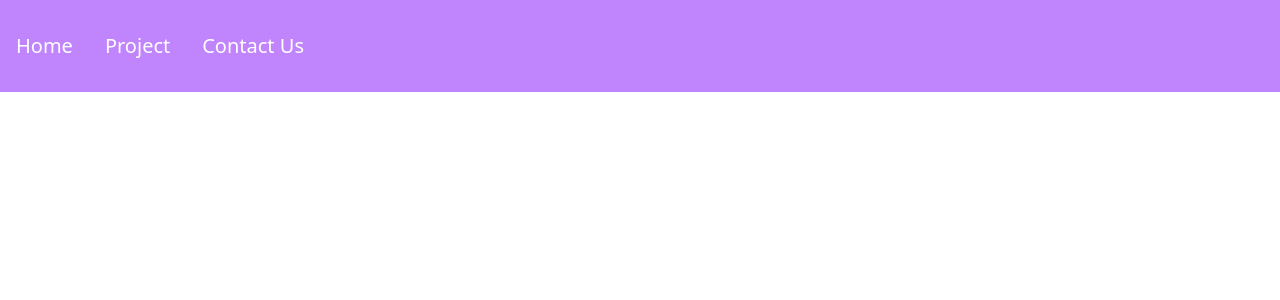
Repository: ashut6138/RozarpayClone
Page: Desktop/RozarpayClone/index.html
The author's editor kept a copy of each file at every save. The page is drawn from the files as they stood at one save, then again after the next save.
The browser window is 1280 px wide. The pictures show the whole page.
Some web libraries are served in a nearby version.

Above is the page before, as saved 2025-01-21 23:16:18.

After the next save:
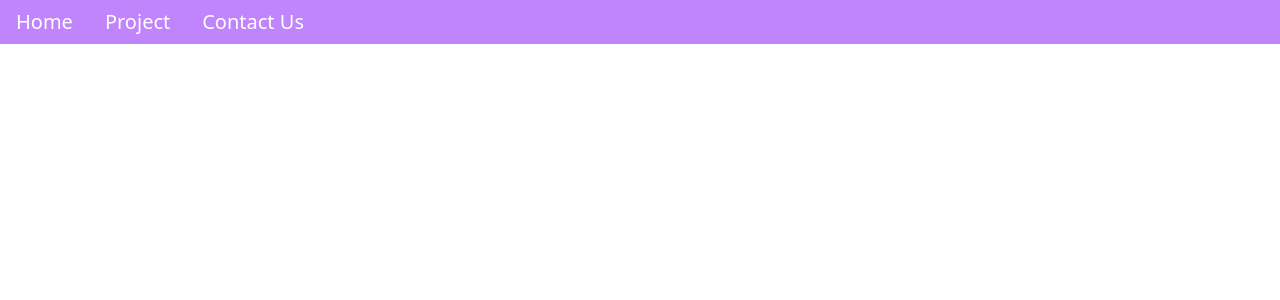
Saved 25 s later.
--- a/Desktop/RozarpayClone/index.html
+++ b/Desktop/RozarpayClone/index.html
@@ -9,7 +9,7 @@
 </head>
 <body>
     <nav>
-        <ul class="py-8 bg-purple-400 flex">
+        <ul class="py-2 bg-purple-400 flex">
             <li class="mx-4 text-white text-xl">Home</li>
             <li class="mx-4 text-white text-xl">Project</li>
             <li class="mx-4 text-white text-xl">Contact Us</li>
